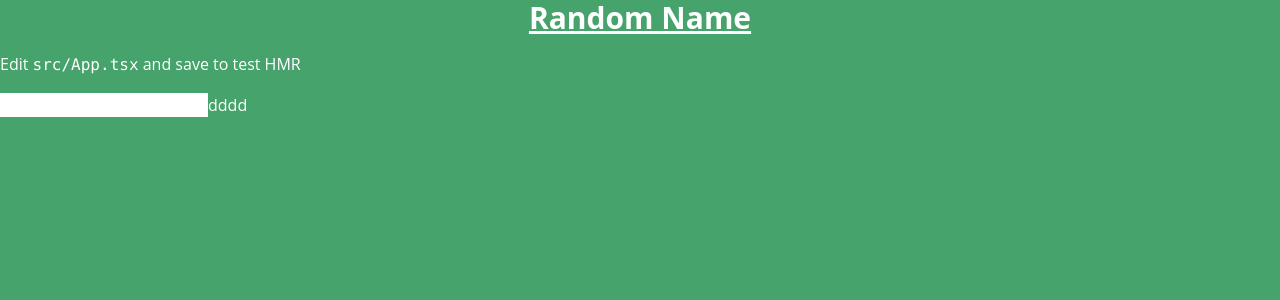
Repository: prodavetc/randomname
Page: /
The author's editor kept a copy of each file at every save. The page is drawn from the files as they stood at one save, then again after the next save.
The browser window is 1280 px wide. The pictures show the whole page.
The project was rebuilt for these pictures with package versions that can differ from the ones it lists, and the page was loaded fresh each time. Also part of the build but not shown: vite.config.ts.

Above is the page before, as saved 2024-03-26 10:24:13.

### src/main.tsx
import React from 'react'
import ReactDOM from 'react-dom/client'
import App from './App.tsx'
import RandomName from './components/RandomName.tsx' // Import the 'RandomName' component
import './index.css'

ReactDOM.createRoot(document.getElementById('root')!).render(
  <React.StrictMode>
    <RandomName /> {/* Add the 'RandomName' component */}
    {/* <App /> */}
  </React.StrictMode>,
)

### src/components/RandomName.tsx
import { useState } from 'react';


const RandomName = () => {
  const [list, setList] = useState('')


  const onPressHandler = (event: React.FormEvent<HTMLFormElement>) => {
    event.preventDefault();
    const value = (event.target as HTMLFormElement).list.value;
    console.log('value: ', value);

    setList(value);
    console.log('lists: ', list);

    if(list){


      let myArray = list.split(", ");
      const randomIndex = myArray[Math.floor(Math.random() * myArray.length)];

      console.log('randomIndex', randomIndex);

    }
  }
  return (
    <>

      <h1 className="text-3xl font-bold underline text-center fade-in">Random Name</h1>
      <div className="card">
       {list}
        <p>
          Edit <code>src/App.tsx</code> and save to test HMR
        </p>
      </div>
      <div>
        <form onSubmit={onPressHandler}>
          <input name='list' />
          <button
            value='press'
            title='eee'
          >dddd</button>
        </form>
      </div>
    </>
  )
}
export default RandomName

### src/index.css
@tailwind base;
@tailwind components;
@tailwind utilities;

html, body {
  background-color: #46a36b;
  color: white;
  font-family: 'Open Sans', sans-serif;

}


h1 {
  @apply text-3xl font-bold mb-4;
}

p {
  @apply mb-4;
}

ul {
  @apply list-disc list-inside;
}

strong {
  @apply font-bold text-indigo-400;
}

em {
  @apply italic text-pink-500;
}


.btn-primary {
  @apply bg-indigo-500 text-white font-bold py-2 px-4 rounded-xl hover:bg-indigo-700 transition-all duration-200 ease-in-out;
}

.btn-primary:disabled {
  @apply bg-indigo-500 text-white font-bold py-2 px-4 rounded-xl opacity-50 cursor-not-allowed;
}

.chat-container {
  @apply flex flex-col flex-auto flex-shrink-0 rounded-2xl bg-white bg-opacity-5 h-full p-4;
}

.chat-messages {
  @apply flex flex-col h-full overflow-x-auto mb-4 overflow-scroll;
}


/* Animations */

.fade-in { animation: fadeIn .3s; }

@keyframes fadeIn {
  0% { opacity: 0; }
  100% { opacity: 1; }
}

Loaded but not shown: index.html (common file); tailwind.config.js (common file)

After the next save:
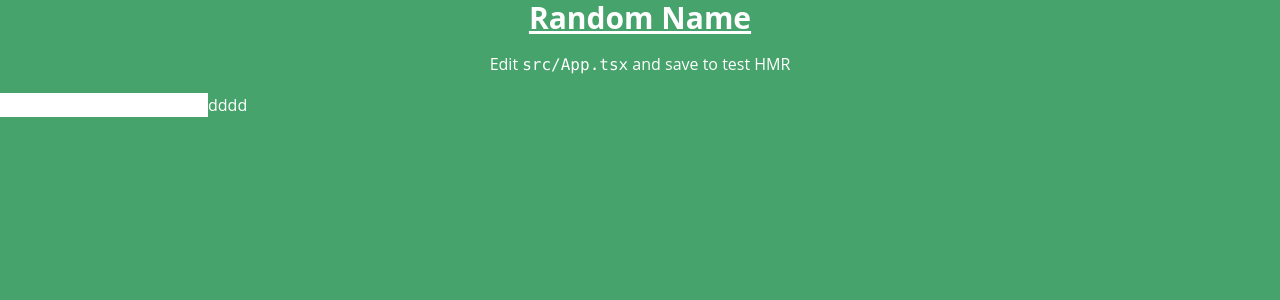
Saved 18 s later.
--- a/src/components/RandomName.tsx
+++ b/src/components/RandomName.tsx
@@ -27,7 +27,7 @@ const RandomName = () => {
     <>
 
       <h1 className="text-3xl font-bold underline text-center fade-in">Random Name</h1>
-      <div className="card">
+      <div className="card text-center">
        {list}
         <p>
           Edit <code>src/App.tsx</code> and save to test HMR
